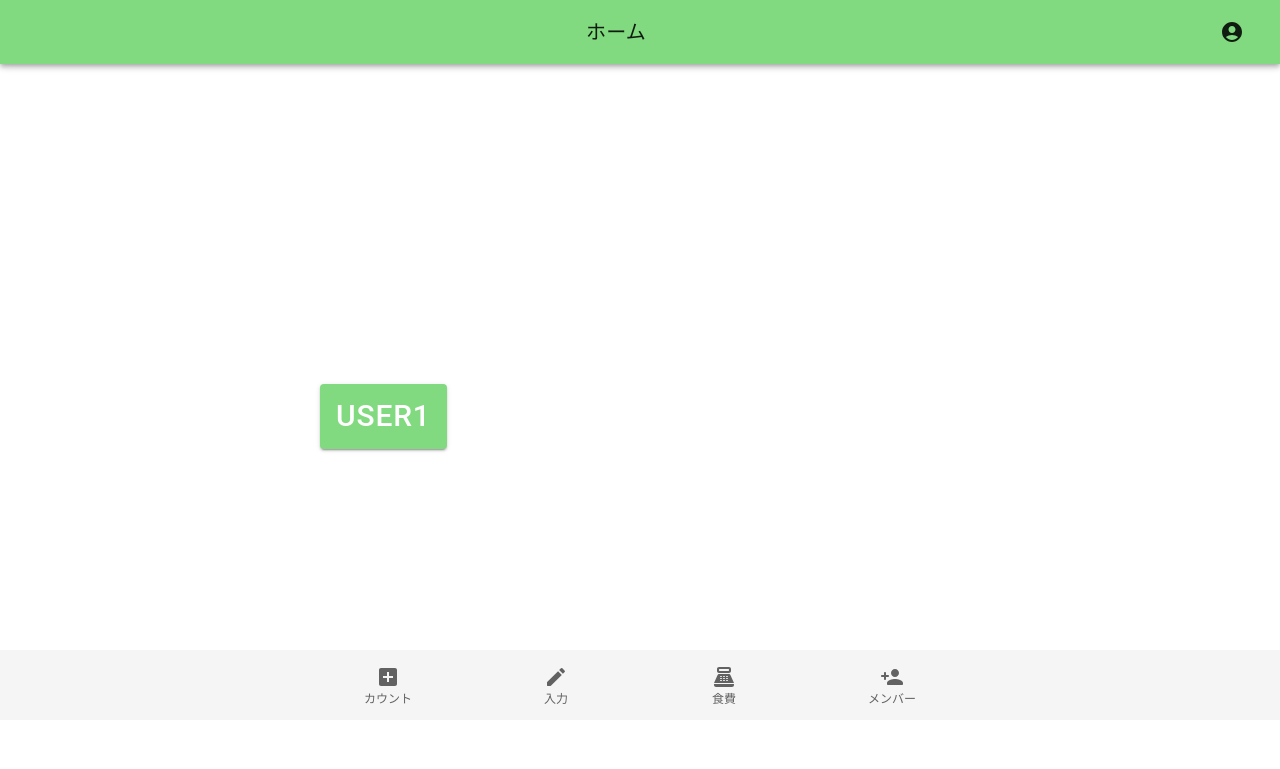
Repository: motohiro0410/motsufood
Page: /noteatingcount (app in frontend/)
These files come from the project's save history. The page is drawn as it stood at one moment and after the next save; the edit follows.
The browser window is 1280 px wide. The pictures show the whole page.
The project was rebuilt for these pictures with package versions that can differ from the ones it lists, and the page was loaded fresh each time. Also part of the build but not shown: frontend/src/App.css, frontend/src/components/pages/Login.tsx, frontend/src/components/pages/Money.tsx, frontend/src/components/organisms/GroupHeader.tsx, frontend/src/components/pages/Group.tsx, frontend/src/components/organisms/SignInHeader.tsx, frontend/src/components/pages/SignIn.tsx, frontend/src/components/pages/Page404.tsx and 1 more.

Above is the page before, as saved 2022-08-11 16:01:15.

After the next save:
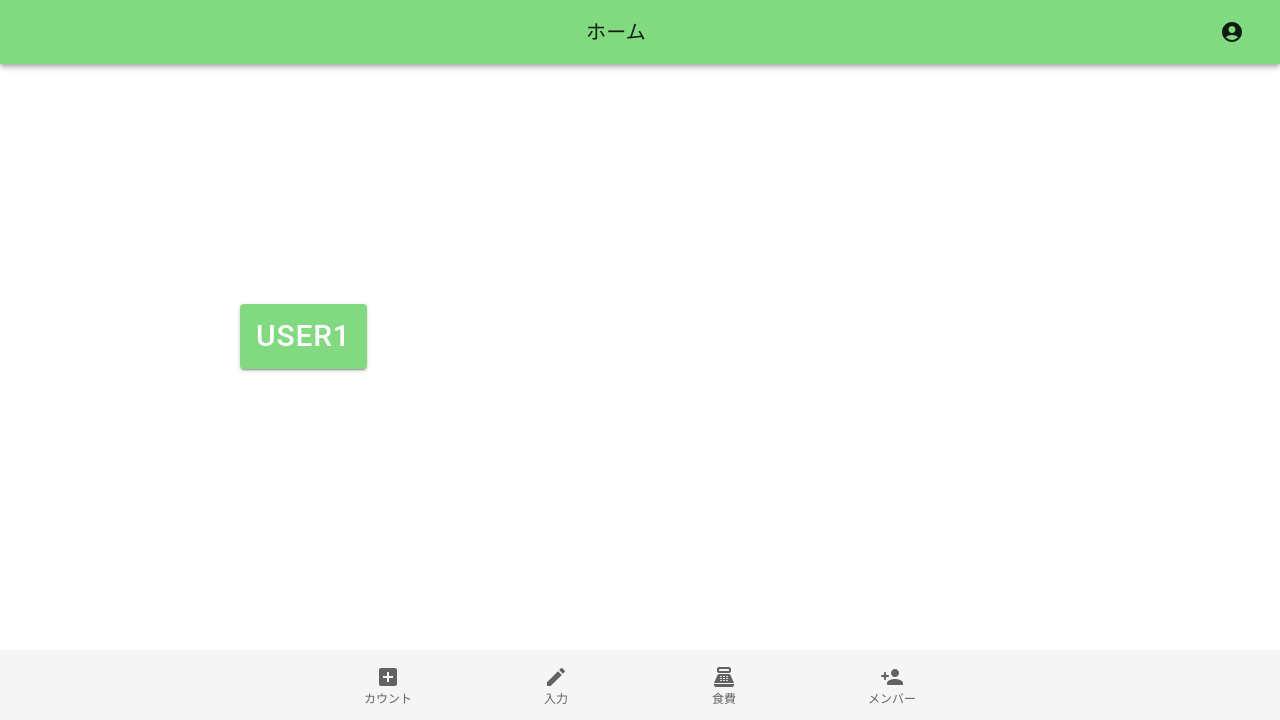
Saved 9 s later.
--- a/frontend/src/components/pages/notEatingCount.tsx
+++ b/frontend/src/components/pages/notEatingCount.tsx
@@ -17,7 +17,7 @@ export const NotEatingCount: FC = memo(() => {
   return (
     <>
       <MainHeader title={contexts[0].title} handleOpen={handleOpen} />
-        <ButtonBase sx={{ margin: 40 }}>
+        <ButtonBase sx={{ margin: 30 }}>
           <Button variant="contained" sx={{ bgcolor: '#81da7f', color: "white", fontSize: '30px'  }}>user1</Button>
         </ButtonBase>
       <Footer />
